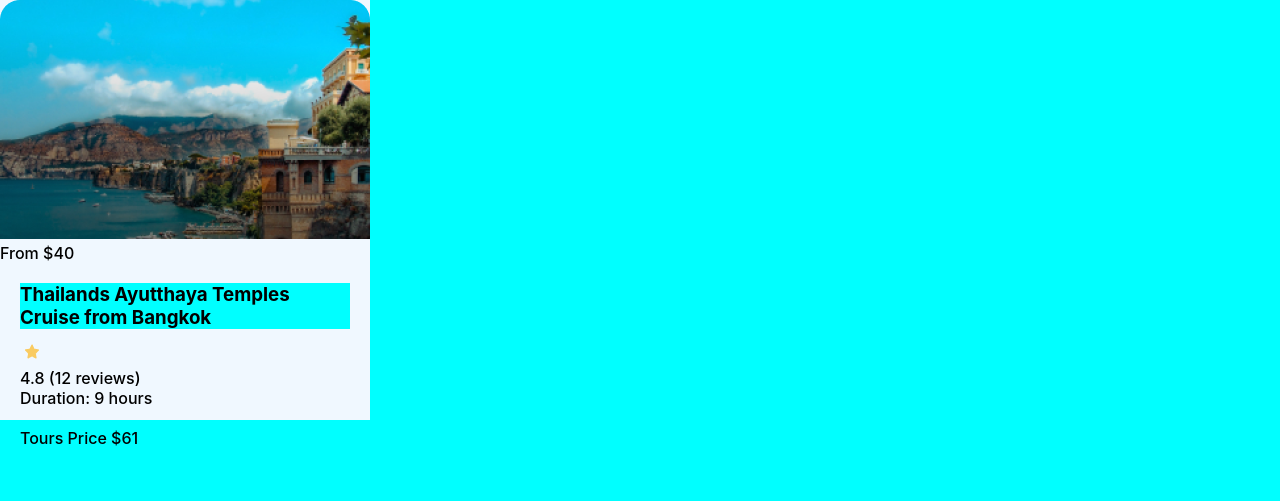
Repository: nguyentuankiet-k61/K_IT-demo
Page: index.html
The author's editor kept a copy of each file at every save. The page is drawn from the files as they stood at one save, then again after the next save.
The browser window is 1280 px wide. The pictures show the whole page.
Some web fonts or font styles are not loaded; a fallback is used.

Above is the page before, as saved 2022-09-29 15:11:28.

After the next save:
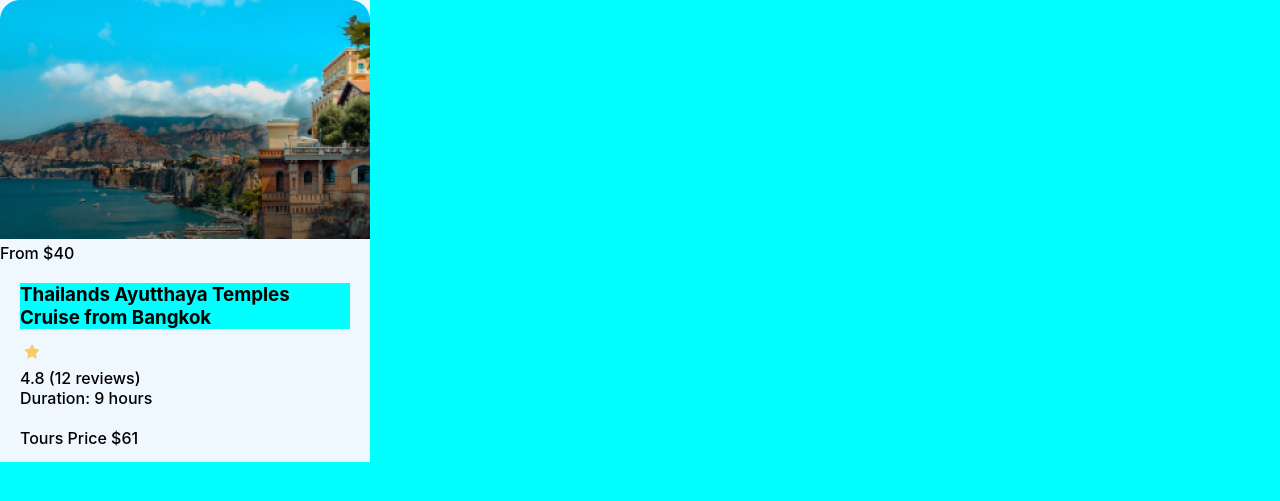
Saved 47 s later.
--- a/CSS/app.css
+++ b/CSS/app.css
@@ -11,7 +11,7 @@ body{
 }
 .Tours{
     width: 370px;
-    height: 420px;
+    height: auto;
     background-color: aliceblue;
 }
 .Tours_content{
